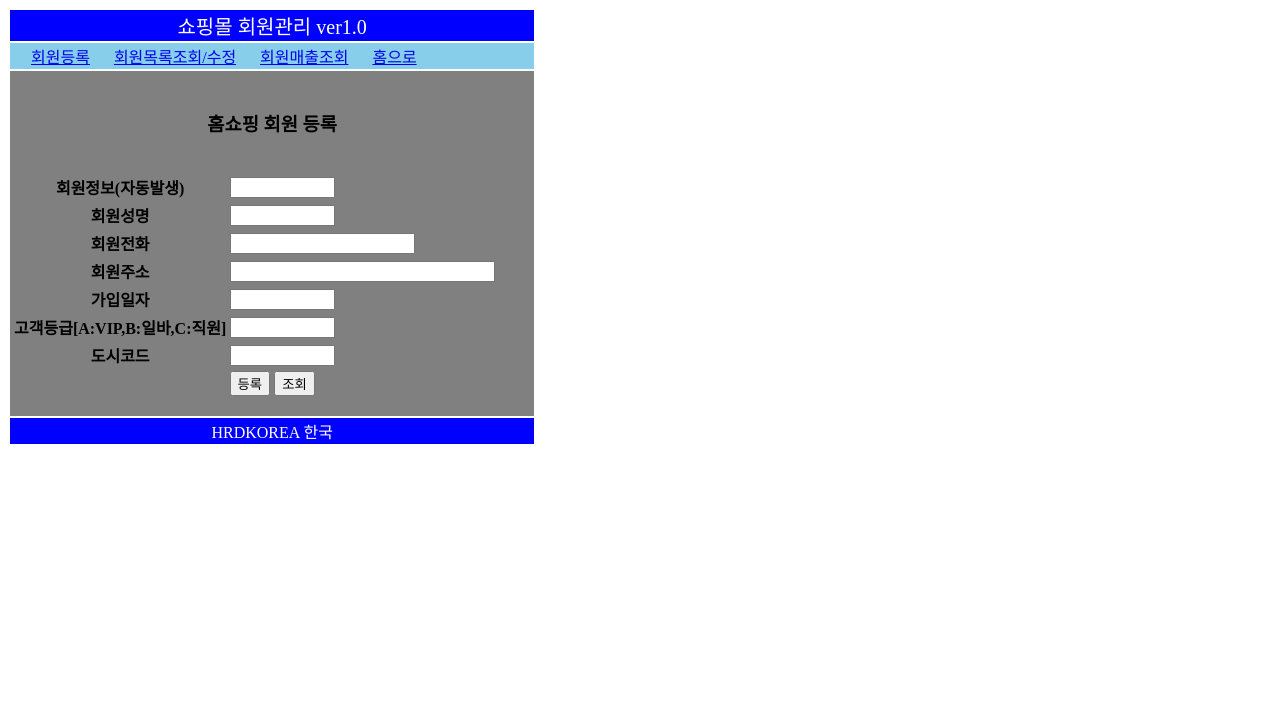
Repository: choigobin/Programming
Page: http://localhost/HRD_1119/insert.jsp
The author's editor kept a copy of each file at every save. The page is drawn from the files as they stood at one save, then again after the next save.
The browser window is 1280 px wide. The pictures show the whole page.
The page is served by Tomcat 9.

Above is the page before, as saved 2019-11-19 07:33:40.

After the next save:
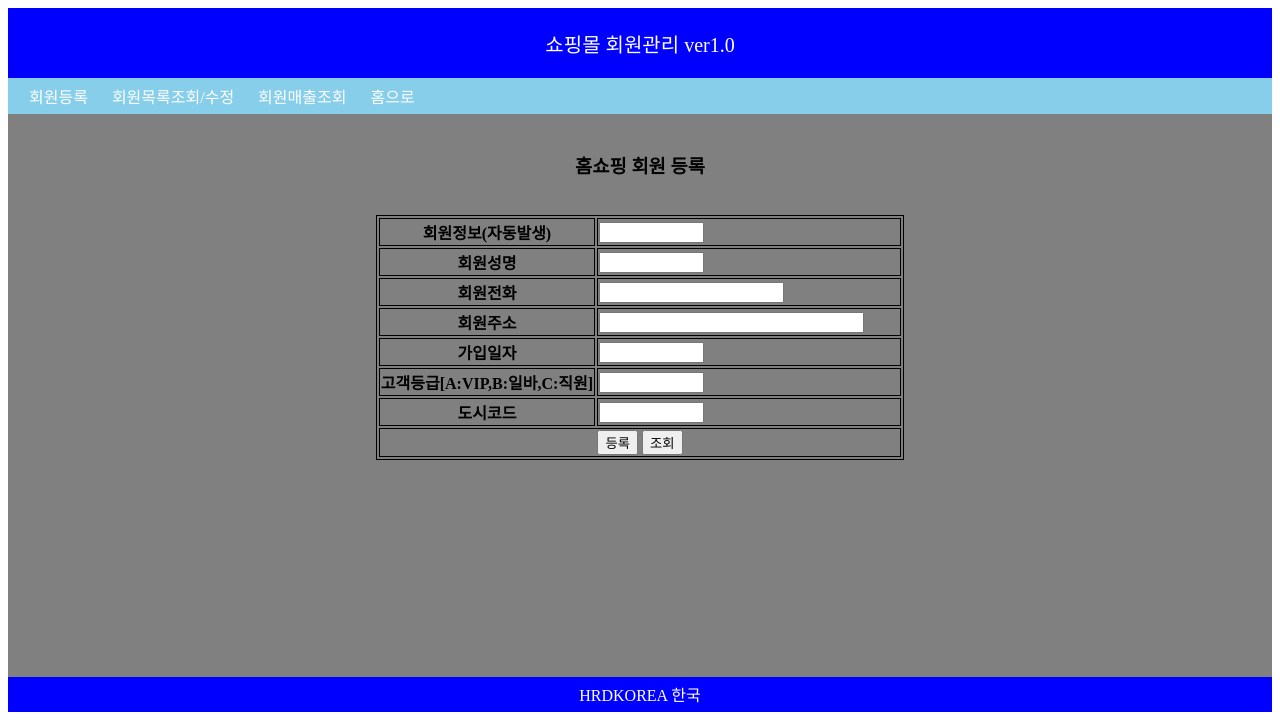
Saved 51 s later.
--- a/YangJung/workspace/HRD_1119/WebContent/insert.jsp
+++ b/YangJung/workspace/HRD_1119/WebContent/insert.jsp
@@ -1,5 +1,31 @@
 <%@ page language="java" contentType="text/html; charset=UTF-8"
     pageEncoding="UTF-8"%>
+<html>
+<head>
+<meta charset="UTF-8">
+<style>
+#tb1 {
+		height:100%; width:100%;
+		border: 0px;
+		border-collapse: collapse;
+		}
+table{
+	border: solid black 1px;
+	border-collapse: separate;
+	}
+#t1 {
+	border: 0px;
+	}
+tr,td,th{
+	border: solid black 1px;
+	}
+a{
+	color:white;
+	text-decoration:none;
+}
+</style>
+
+<title>쇼핑몰 회원관리</title>
 <%@include file="header.jsp" %>
 	<br />
 	<h3 align="center">홈쇼핑 회원 등록</h3>
